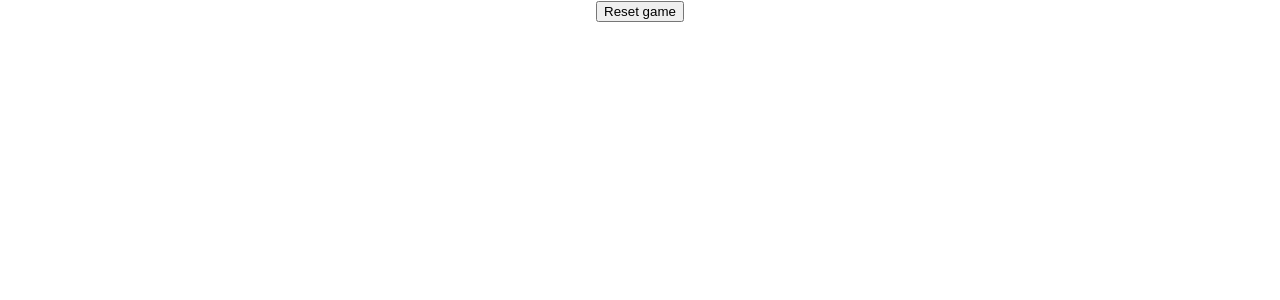
Repository: Phanvangiu/Tictactoe
Page: / (app in tictactoe/)
An editor plug-in stored every save of this project. The page is shown before and after the next save, followed by the edit.
The browser window is 1280 px wide. The pictures show the whole page.
The project was rebuilt for these pictures with package versions that can differ from the ones it lists, and the page was loaded fresh each time.

Above is the page before, as saved 2023-10-13 14:04:11.

### tictactoe/src/App.js
import "./App.css";
// import Game from "./Cgame/Game";
// import CGame from "./CopyGame/CGame";
import Copygame from "./Copy1Game/Copygame";
function App() {
  return (
    <div className="App">
      <Copygame></Copygame>
    </div>
  );
}

export default App;

### tictactoe/src/Copy1Game/Copygame.js
import React, { useReducer } from "react";
import Board from "./Board";
import { calculateNewValue } from "@testing-library/user-event/dist/utils";
const initialState = {
  board: Array(9).fill(null),
  xIsNext: true,
};
const gameReducer = () => {};
const Copygame = () => {
  const [state, dispactch] = useReducer(gameReducer, initialState);
  const winner = calculateNewValue(state.board);
  const handleResetGame = () => {
    dispactch({
      type: "RESET",
    });
  };
  return (
    <div>
      <Board cells={state.board}></Board>
      <div className="game-winner"></div>
      <button onClick={handleResetGame}>Reset game</button>
    </div>
  );
};

export default Copygame;

### tictactoe/src/Copy1Game/Board.js
import React from "react";
import Cell from "./Cell";
const Board = (props) => {
  // const cells = [null, null, null, "x", "x", "x", null, null, null];
  return (
    <div className="game-board">
      {props.cells.map((item, index) => (
        <Cell
          key={index}
          value={item}
          onClick={() => props.onClick(index)}
          className={item === "x" ? "is-x" : item === "o" ? "is-o" : ""}
        ></Cell>
      ))}
    </div>
  );
};

export default Board;

### tictactoe/src/Copy1Game/Cell.js
import React from "react";
//Truyền vào props là các oject gồm (value, onClick())
const Cell = (props) => {
  return (
    <div className={`game-cell ${props.className}`} onClick={props.onClick}>
      {props.value}
    </div>
  );
};

export default Cell;

Loaded but not shown: tictactoe/public/index.html (common file); tictactoe/src/index.js (common file); tictactoe/src/index.css (common file); tictactoe/src/reportWebVitals.js (common file); tictactoe/src/App.css (common file)

After the next save:
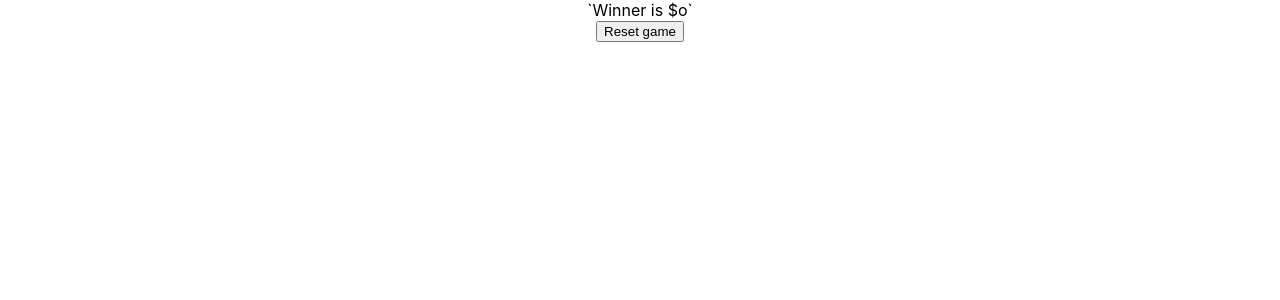
Saved 3 min 26 s later.
--- a/tictactoe/src/Copy1Game/Copygame.js
+++ b/tictactoe/src/Copy1Game/Copygame.js
@@ -17,7 +17,7 @@ const Copygame = () => {
   return (
     <div>
       <Board cells={state.board}></Board>
-      <div className="game-winner"></div>
+      <div className="game-winner">`Winner is ${winner ? "x" : "o"}`</div>
       <button onClick={handleResetGame}>Reset game</button>
     </div>
   );
